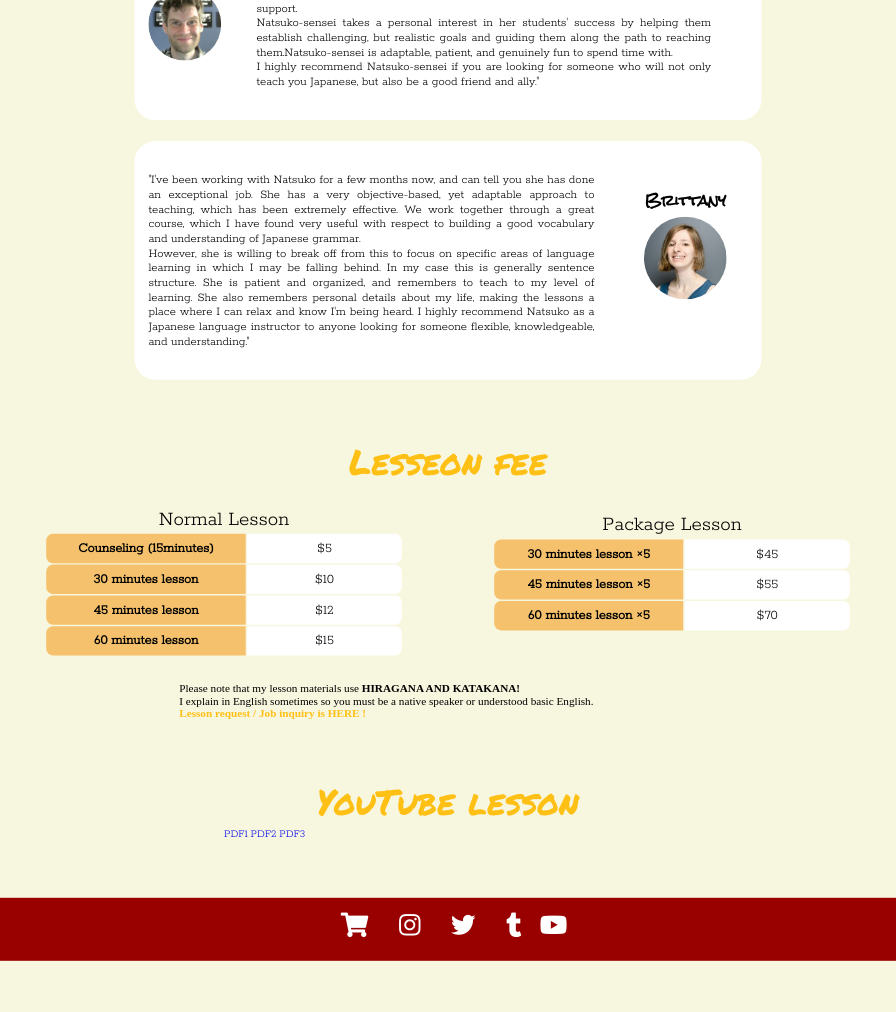
Repository: Natsuko0920/natsukohorii.github.io
Page: lesson/lesson.html
The author's editor kept a record of every edit. The page is drawn from the files as they stood at one moment, then again after the next edit.
The browser window is 1280 px wide. The pictures show the part of the page from y = 2891 to 4811 px (the page is 4337 px tall before and 4885 px after), at 70% of full size.
Some web libraries are served in a nearby version.

Above is the page before.

### lesson/lesson.html
<!DOCTYPE html>
<html lang="ja">
<!--head-->
<head>
    <meta charset="utf-8">
    <title>NATSUKO HORII | ホリイ ナツコ</title>
    <meta name="description" content="Japanese artist / teacher / web designer / youtuber / creater ">
    <meta name="keywords" content="Natsuko Horii,natsukohorii,Horii Natsuko,ホリイナツコ,Japanese artist,artist,japanese illustrator,illustrator,イラストレーター,japanese teacher,naccchan sensei,なっちゃんせんせい,なっちゃん,nacchan,japanese youtuber">
    <meta name="viewport" content="width=device-width, initial-scale=1">
    <link rel="stylesheet" href="https://use.fontawesome.com/releases/v5.3.1/css/all.css" integrity="sha384-mzrmE5qonljUremFsqc01SB46JvROS7bZs3IO2EmfFsd15uHvIt+Y8vEf7N7fWAU" crossorigin="anonymous">
<!--put google font,font awesome-->
    <link href="https://fonts.googleapis.com/css?family=Permanent+Marker" rel="stylesheet">
    <link href="https://fonts.googleapis.com/css?family=Rock+Salt" rel="stylesheet">
    <link href="https://fonts.googleapis.com/css?family=Rokkitt:300" rel="stylesheet">
    <link href="https://fonts.googleapis.com/css?family=Poiret+One" rel="stylesheet">
    <meta http-equiv="Content-Type" content="text/html; charset=utf-8" />
    <link rel="stylesheet" href="lesson.css">
</head>
<!--header-->
<body>
    <header>
         <div class="title">
                      <div class="sign"><a href="../toppage/index.html">NATSUKO HORII</a></div>
        </div>
        <ul id="nav">
          <li><a href="../artwork/artwork.html" class="menubox">Artwork</a></li>
          <li><a href="../lesson/lesson.html" class="menubox">Lesson</a></li>
          <li><a href="../toppage/index.html#about" class="menubox">About</a></li>
          <li><a href="../toppage/index.html#contact" class="menubox">Contact</a></li>
         </ul>
    </header>
<main>
        <div class="toppage">
        <img src="../lesson/lesson.jpg">
    </div>
<!--about me-->
    <div class="titleabout">About me</div>
    <div class="about">
      <div class="box1">
        <img class="profile" src="../lesson/lesson2.jpg">
      </div>
      <div class="box2">
         <h2>
             I’ve been teaching Japanese online since Feburary,2017.
             <br>I really enjoy being able to meet, teach and talk to people.
             <br>I am a pretty chill person, and a bit shy :0)
             <br>I study English so I can understand how is it difficult and challenging it can be to study different language.
             <br>My lessons are not strict at all. So please don’t feel pressured.
             <br>I am not a professional teacher but I’m pretty good at finding a lesson style to suit each students needs,which is why many choose to continue taking my classes hopefully.
             <br>I cannot write all the details here so if you would like to know more,
             <br>please send a message anytime!
         </h2>
      </div>
    </div>
        <div class="contact">
        <div class="titleabout">Lesson style</div>
        <div class="box3">
             <div class="lesson1">
                 <div class="lessontitle">conversation lesson</div>
                 <div class="explain">
                     <div class="text">
                         <br>
                         <ul>
                             <li>Recent events</li>
                             <li>Free topics</li>
                             <li>Discussion</li>
                             <li>TED TALK</li>
                             <li>Standard Japanese</li>
                             <li>Kansai dialect</li>
                         </ul>
                         <br>
                    </div>
            </div>
            </div>
             <div class="lesson1">
                <div class="lessontitle">grammar lesson</div>
                <div class="explain">
                    <div class="text">
                        <br>
                        <ul>
                             <li>Vocabulary</li>
                             <li>Grammar structure</li>
                             <li>Pronunciation</li>
                             <li>Reading</li>
                             <li>Listening</li>
                             <li>Role play</li>
                         </ul>
                         <br>
                    </div>
                </div>
            </div>
             <div class="lesson1">
                <div class="lessontitle">Reading News</div>
                <div class="explain">
                    <div class="text">
                         <br>
                        <ul>
                             <li>Vocabulary</li>
                             <li>Grammar structure</li>
                             <li>Pronunciation</li>
                             <li>Reading</li>
                             <li>Recent events</li>
                         </ul>
                         <br>
                    </div>
                </div>
            </div>
             <div class="lesson1">
                <div class="lessontitle">JLPT</div>
                <div class="explain">
                    <div class="text">
                      <br>
                        <ul>
                             <li>JLPT N5</li>
                             <li>JLPT N4</li>
                             <li>JLPT N3</li>
                             <li>Test-preparation</li>
                             <li>Result oriented</li>
                         </ul>
                         <br>
                         </div>
                </div>
            </div>
            </div>
            <div class="box4">
                <div class="numberst">
                    <div class="st">
                    <i class="fas fa-user-graduate"></i> Students
                    <br>100+
                    </div>
                                        <div class="st">
                    <i class="fas fa-chalkboard-teacher"></i> Lessons
                    <br>610+
                </div>
                 <div class="st">
                    <i class="far fa-smile"></i> Reviews
                    <br><i class="fas fa-star"></i><i class="fas fa-star"></i><i class="fas fa-star"></i><i class="fas fa-star"></i><i class="fas fa-star"></i>
                </div>
                                   <div class="st">
                    <i class="fas fa-laptop"></i> Tools
                    <br><i class="fab fa-skype"></i> <i class="fab fa-google"></i> <i class="fab fa-windows"></i>
                </div>
                </div>
            </div>
            <div class="titleabout">Reviews</div>
            <div class="reviews">
            <div class="box5">
            <h3>David</h3>
            <img class="studenticon" src="../lesson/david.jpg">
            </div>
            <div class="box6">
             <h4>
            <br>"Natsuko has been an excellent tutor to practice speaking Japanese with!
            <br>She's always able to keep a conversation going and help draw out vocabulary and grammar relative to what I've been studying recently.
            <br> She's also very patient and supportive when I'm trying to formulate thoughts in Japanese which usually can feel intimidating, but not with her!
            <br> I would highly recommend Natsuko-san for any prospective students!"
             </h4>
            </div>
            </div>
           <div class="reviews">
            <div class="box7">
            <h5>
            <br>"I couldn't wait to have my lesson every week with Natsuko! I was always relaxed and never nervous to make mistakes. She is really chatty and my listening abilities skyrocketed! We kept a shared notebook to record vocab and sentences. She is really competent and able to explain difficult grammar with many examples. We have since developed a wonderful friendship which I hope continues long into the future. Thank you!"
             </h5>
            </div>
            <div class="box8">
                            <h5>Nadia</h5>
            <img class="studenticons" src="../lesson/nadia.jpg">
            </div>
            </div>
            <div class="reviews">
            <div class="box5">
            <h3>Mark</h3>
            <img class="studenticon" src="../lesson/Mark.png">
            </div>
            <div class="box6">
             <h4>
            <br>"I've been taking classes with Natsuko-sensei for over a year now and believe I've made significance progress in my Japanese studies as a result of her teaching and support.
            <br>Natsuko-sensei takes a personal interest in her students' success by helping them establish challenging, but realistic goals and guiding them along the path to reaching them.Natsuko-sensei is adaptable, patient, and genuinely fun to spend time with.
            <br>I highly recommend Natsuko-sensei if you are looking for someone who will not only teach you Japanese, but also be a good friend and ally."
             </h4>
            </div>
            </div>
            <div class="reviews">
            <div class="box7">
            <h4>
            <br>"I've been working with Natsuko for a few months now, and can tell you she has done an exceptional job.
She has a very objective-based, yet adaptable approach to teaching, which has been extremely effective. We work together through a great course, which I have found very useful with respect to building a good vocabulary and understanding of Japanese grammar.
<br>However, she is willing to break off from this to focus on specific areas of language learning in which I may be falling behind. In my case this is generally sentence structure.
She is patient and organized, and remembers to teach to my level of learning. She also remembers personal details about my life, making the lessons a place where I can relax and know I'm being heard.
I highly recommend Natsuko as a Japanese language instructor to anyone looking for someone flexible, knowledgeable, and understanding."
             </h4>
            </div>
            <div class="box8">
                            <h6>Brittany</h6>
            <img class="studenticons2" src="../lesson/brittany.jpeg">
            </div>
            </div>
<!--lessonfee-->
                <div class="titleabout">Lesseon fee</div>
                                <div class="tablebox">
               <div class="table1">
                <table>
                <tbody>
                 <div class="namae">Normal Lesson</div>
                  <tr>
                  <th>Counseling (15minutes)</th>
                  <td>$5</td>
                  </tr>
                  <tr>
                  <th>30 minutes lesson</th>
                  <td>$10</td>
                  </tr>
                  <tr>
                  <th>45 minutes lesson</th>
                  <td>$12</td>
                  </tr>
                  <tr>
                  <th>60 minutes lesson</th>
                  <td>$15</td>
                  </tr>
                  </tbody>
                  </table>
                  </div>
                <div class="table2">
                <table>
                <tbody>
                  <tr>
                  <div class="namae">Package Lesson</div>
                  </tr>
                  <tr>
                  <th>30 minutes lesson ×5</th>
                  <td>$45</td>
                  </tr>
                  <tr>
                  <th>45 minutes lesson ×5</th>
                  <td>$55</td>
                  </tr>
                  <tr>
                  <th>60 minutes lesson ×5</th>
                  <td>$70</td>
                  </tr>
                  </tbody>
                  </table>
                  </div>
                  </div>
<div class="attention">
<br>
<br>Please note that my lesson materials use <b>HIRAGANA AND KATAKANA!</b>
<br>I explain in English sometimes so you must be a native speaker or understood basic English.
<br><b><a href="../toppage/index.html#contact">Lesson request / Job inquiry is HERE !</a></b>
</div>
<!--youtube-->
                <div class="titleabout">YouTube lesson</div>
                <div class="sumnail">
                </div>
                <div class="pdfbox">
                    <a href="##" class="pdfbutton">PDF1</a>
                    <a href="##" class="pdfbutton">PDF2</a>
                    <a href="##" class="pdfbutton">PDF3</a>
                </div>
</main>
<footer>
    <div class="linkbox">
      <a href="https://society6.com/natsuko_horii" target="blank" class="link"><i class="fas fa-shopping-cart">　</i></a>
      <a href="https://www.instagram.com/natsuko_horii/" target="blank" class="link"><i class="fab fa-instagram" aria-hidden="true">　</i></a>
      <a href="https://twitter.com/NatsukoHorii" target="blank" class="link"><i class="fab fa-twitter" aria-hidden="true">　</i></a>
      <a href="https://www.tumblr.com/blog/natsukohorii" target="blank" class="link"><i class="fab fa-tumblr" aria-hidden="true">　</i></a>
      <a href="https://www.youtube.com/user/hahaha365yeah/featured?disable_polymer=1" target="blank" class="link"><i class="fab fa-youtube" aria-hidden="true"></i></a>
    </div>
</footer>
</body>
</html>

Loaded but not shown: lesson/lesson.css (1488 lines, source omitted)

After the next edit:
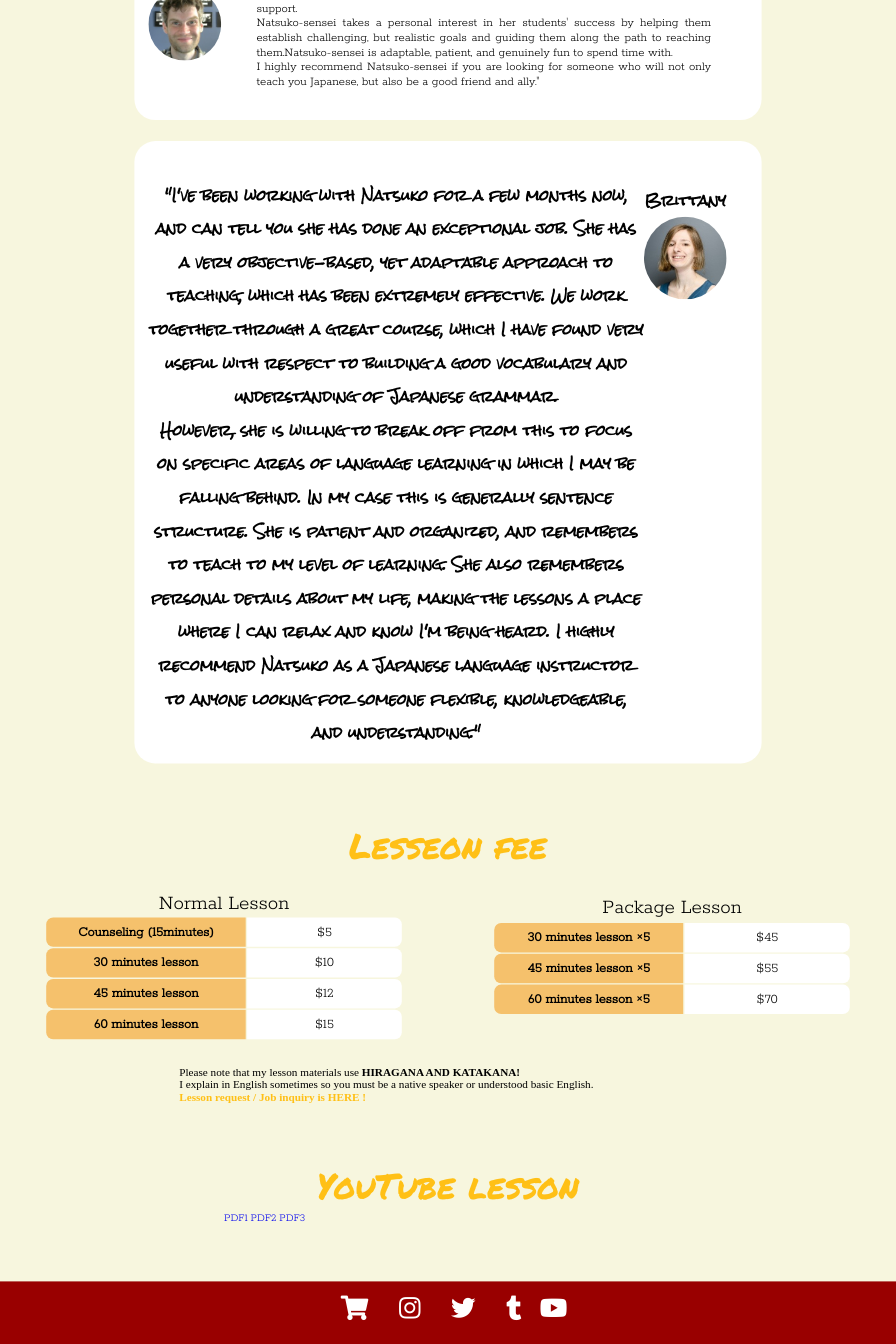
The edit:
--- a/lesson/lesson.html
+++ b/lesson/lesson.html
@@ -183,7 +183,7 @@
             </div>
             <div class="reviews">
             <div class="box7">
-            <h4>
+            <h5>
             <br>"I've been working with Natsuko for a few months now, and can tell you she has done an exceptional job.
 She has a very objective-based, yet adaptable approach to teaching, which has been extremely effective. We work together through a great course, which I have found very useful with respect to building a good vocabulary and understanding of Japanese grammar.
 <br>However, she is willing to break off from this to focus on specific areas of language learning in which I may be falling behind. In my case this is generally sentence structure.
